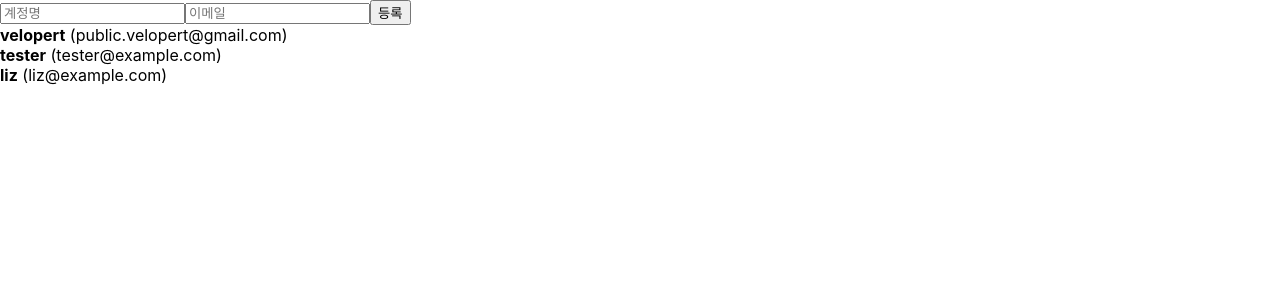
Repository: sojihwan/react-restart
Page: / (app in re-recat/)
An editor plug-in stored every save of this project. The page is shown before and after the next save, followed by the edit.
The browser window is 1280 px wide. The pictures show the whole page.
The project was rebuilt for these pictures with package versions that can differ from the ones it lists, and the page was loaded fresh each time. Also part of the build but not shown: re-recat/src/App.css.

Above is the page before, as saved 2022-09-05 13:18:59.

After the next save:
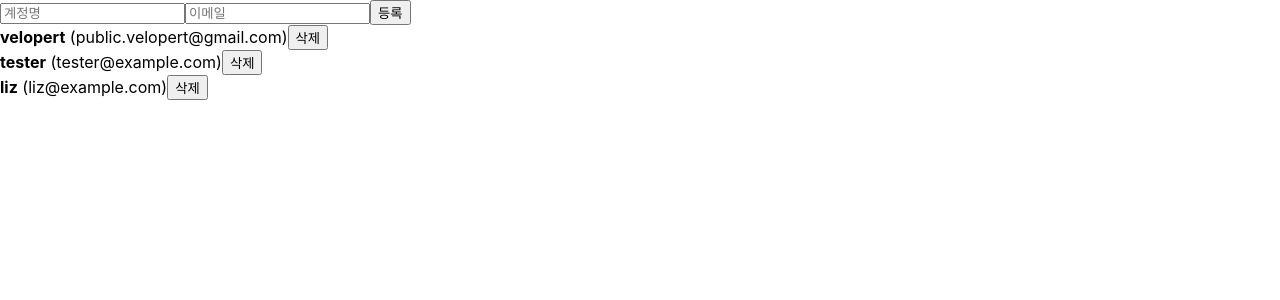
Saved 18 min 24 s later.
--- a/re-recat/src/step5/UserList.js
+++ b/re-recat/src/step5/UserList.js
@@ -1,18 +1,19 @@
 import React from 'react';
 
-function User({ user }) {
+function User({ user, onRemove }) {
   return (
     <div>
       <b>{user.username}</b> <span>({user.email})</span>
+      <button onClick={() => onRemove(user.id)}>삭제</button>
     </div>
   );
 }
 
-function UserList({ users }) {
+function UserList({ users, onRemove }) {
   return (
     <div>
       {users.map(user => (
-        <User user={user} key={user.id} />
+        <User user={user} key={user.id} onRemove={onRemove} />
       ))}
     </div>
   );
